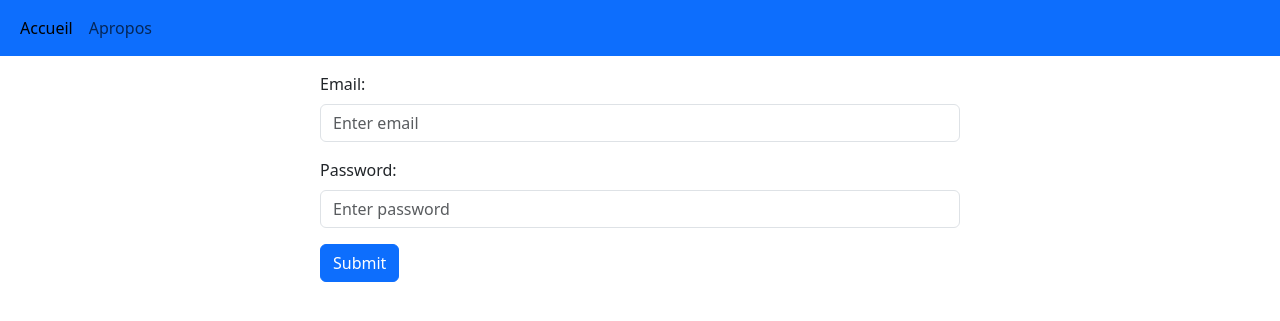
Repository: SKB-TECH/MinProject
Page: IHM/index.html
The author's editor kept a copy of each file at every save. The page is drawn from the files as they stood at one save, then again after the next save.
The browser window is 1280 px wide. The pictures show the whole page.
Some web libraries are served in a nearby version.

Above is the page before, as saved 2022-09-29 14:59:05.

### IHM/index.html
<!DOCTYPE html>
<html lang="en">
<head>
    <meta charset="UTF-8">
    <meta http-equiv="X-UA-Compatible" content="IE=edge">
    <meta name="viewport" content="width=device-width, initial-scale=1.0">
    <link rel="stylesheet" href="../node_modules/bootstrap/dist/css/bootstrap.min.css">
    <title>NoteApp</title>
</head>
<body>
        <header>
            <nav class="navbar navbar-expand-sm bg-primary navbar-success">
                <div class="container-fluid">
                  <ul class="navbar-nav">
                    <li class="nav-item">
                      <a class="nav-link active" href="#">Accueil</a>
                    </li>
                   <li class="nav-item">
                      <a class="nav-link" href="#">Apropos</a>
                    </li>
                  </ul>
                </div>
              </nav>
        </header>
        <div style="width:50%; margin:auto;">

        <form action="/action_page.php">
            <div class="mb-3 mt-3">
              <label for="email" class="form-label">Email:</label>
              <input type="email" class="form-control" id="email" placeholder="Enter email" name="email">
            </div>
            <div class="mb-3">
              <label for="pwd" class="form-label">Password:</label>
              <input type="password" class="form-control" id="pwd" placeholder="Enter password" name="pswd">
            </div>
            <button type="submit" class="btn btn-primary width:100%">Submit</button>
          </form>
        </div>
</body>
</html>

After the next save:
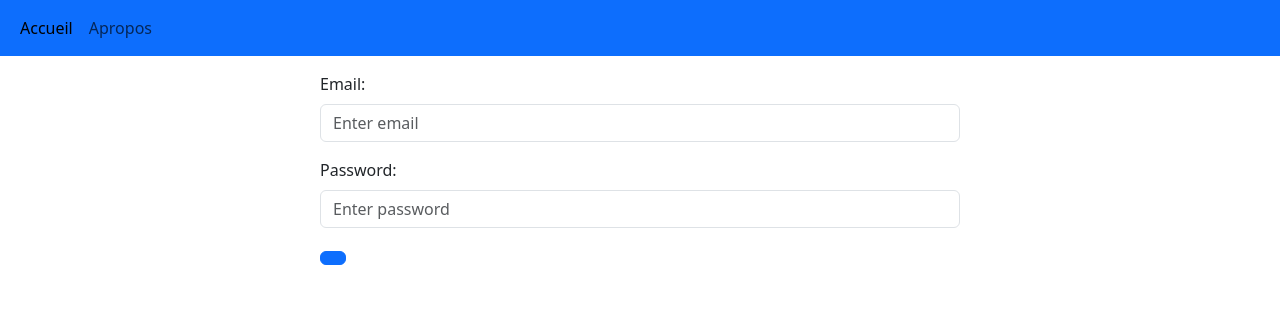
Saved 13 s later.
--- a/IHM/index.html
+++ b/IHM/index.html
@@ -33,7 +33,7 @@
               <label for="pwd" class="form-label">Password:</label>
               <input type="password" class="form-control" id="pwd" placeholder="Enter password" name="pswd">
             </div>
-            <button type="submit" class="btn btn-primary width:100%">Submit</button>
+            <button type="submit" class="btn btn-primary width:100%"></button>
           </form>
         </div>
 </body>
